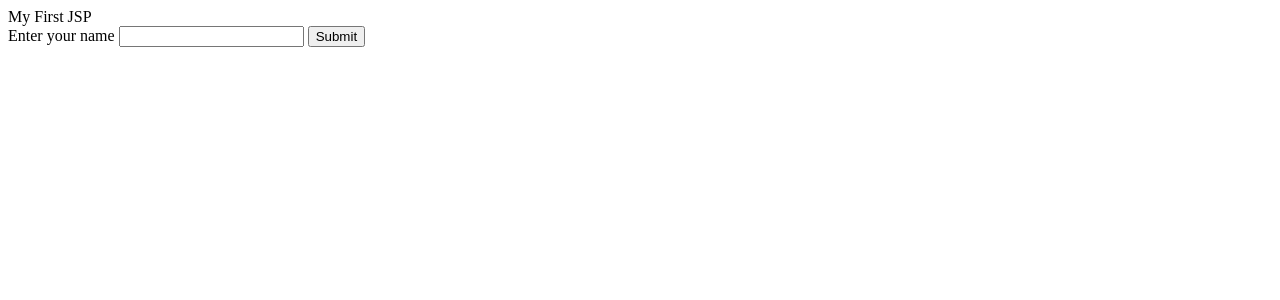
Repository: Ankita26091998/spring1
Page: http://localhost/FirstWebApp/
An editor plug-in stored every save of this project. The page is shown before and after the next save, followed by the edit.
The browser window is 1280 px wide. The pictures show the whole page.
The page is served by Tomcat 9. Other server files are loaded and not shown.

Above is the page before, as saved 2022-07-15 14:56:59.

### FirstWebApp/src/main/webapp/WEB-INF/views/login.jsp
<%@ page language="java" contentType="text/html; charset=ISO-8859-1"
    pageEncoding="ISO-8859-1"%>
<!DOCTYPE html>
<html>
<head>
<meta charset="ISO-8859-1">
<title>My first web app</title>
</head>
<body>
My First JSP ${name}
<form action="/login.do" method="post">
Enter your name <input type="text" name="name"/>
<input type="submit">
</form>
</body>
</html>

### FirstWebApp/src/main/java/com/in28minutes/LoginServlet.java
package com.in28minutes;

import java.io.IOException;
import java.io.PrintWriter;

import javax.servlet.ServletException;
import javax.servlet.annotation.WebServlet;
import javax.servlet.http.HttpServlet;
import javax.servlet.http.HttpServletRequest;
import javax.servlet.http.HttpServletResponse;
@WebServlet(urlPatterns = "/login.do")
public class LoginServlet extends HttpServlet {
	  protected void doGet(HttpServletRequest request, HttpServletResponse response) throws ServletException, IOException {
		  PrintWriter out=response.getWriter();
	  String name=request.getParameter("name");
//		  System.out.println(name);
	  request.setAttribute("name", name);
		  request.getRequestDispatcher("/WEB-INF/views/login.jsp").
	  forward(request, response);


	  }

}

After the next save:
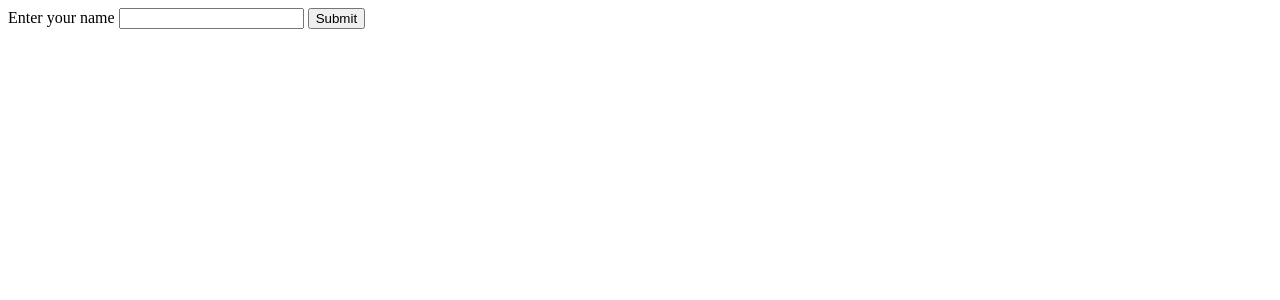
Saved 86 s later.
--- a/FirstWebApp/src/main/webapp/WEB-INF/views/login.jsp
+++ b/FirstWebApp/src/main/webapp/WEB-INF/views/login.jsp
@@ -7,7 +7,7 @@
 <title>My first web app</title>
 </head>
 <body>
-My First JSP ${name}
+
 <form action="/login.do" method="post">
 Enter your name <input type="text" name="name"/>
 <input type="submit">
